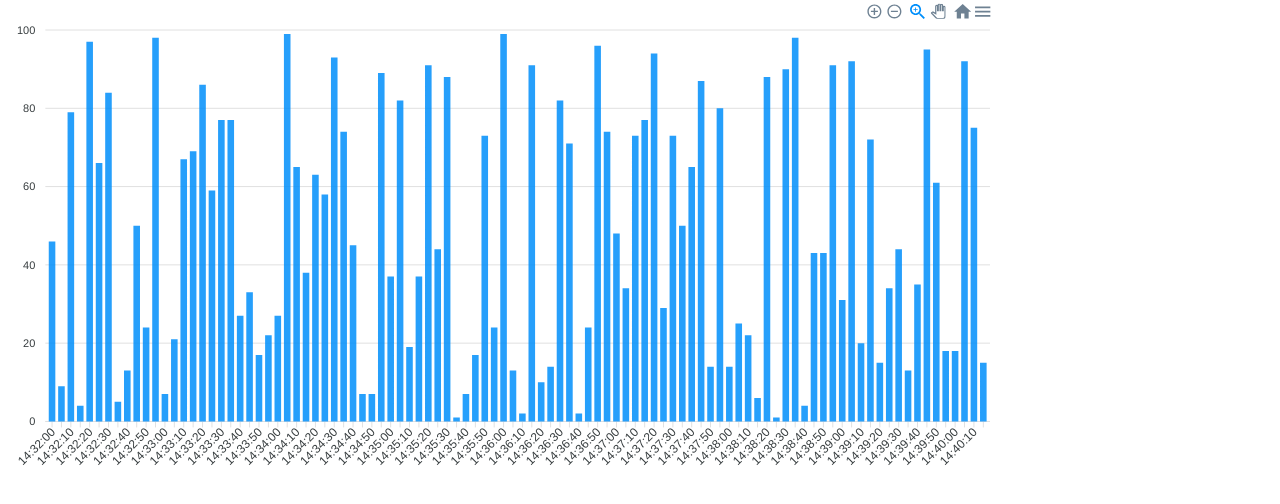
Repository: wanted-pre-onboarding-internship-1team/pre-onboarding-9th-3-1
Page: /
An editor plug-in stored every save of this project. The page is shown before and after the next save, followed by the edit.
The browser window is 1280 px wide. The pictures show the whole page.
The project was rebuilt for these pictures with package versions that can differ from the ones it lists, and the page was loaded fresh each time.

Above is the page before, as saved 2023-03-15 00:03:19.

After the next save:
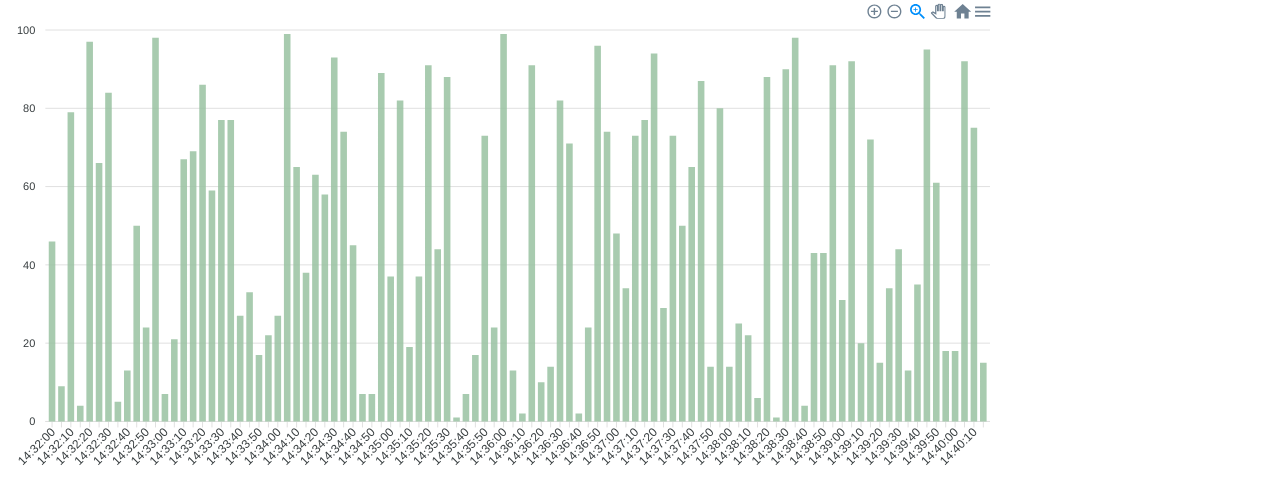
Saved 9 s later.
--- a/src/pages/Mainpage.tsx
+++ b/src/pages/Mainpage.tsx
@@ -66,6 +66,7 @@ export default function Mainpage() {
           xaxis: {
             categories: test.timeList,
           },
+          colors: ['#99C2A2'],
         }}
       />
     </div>
